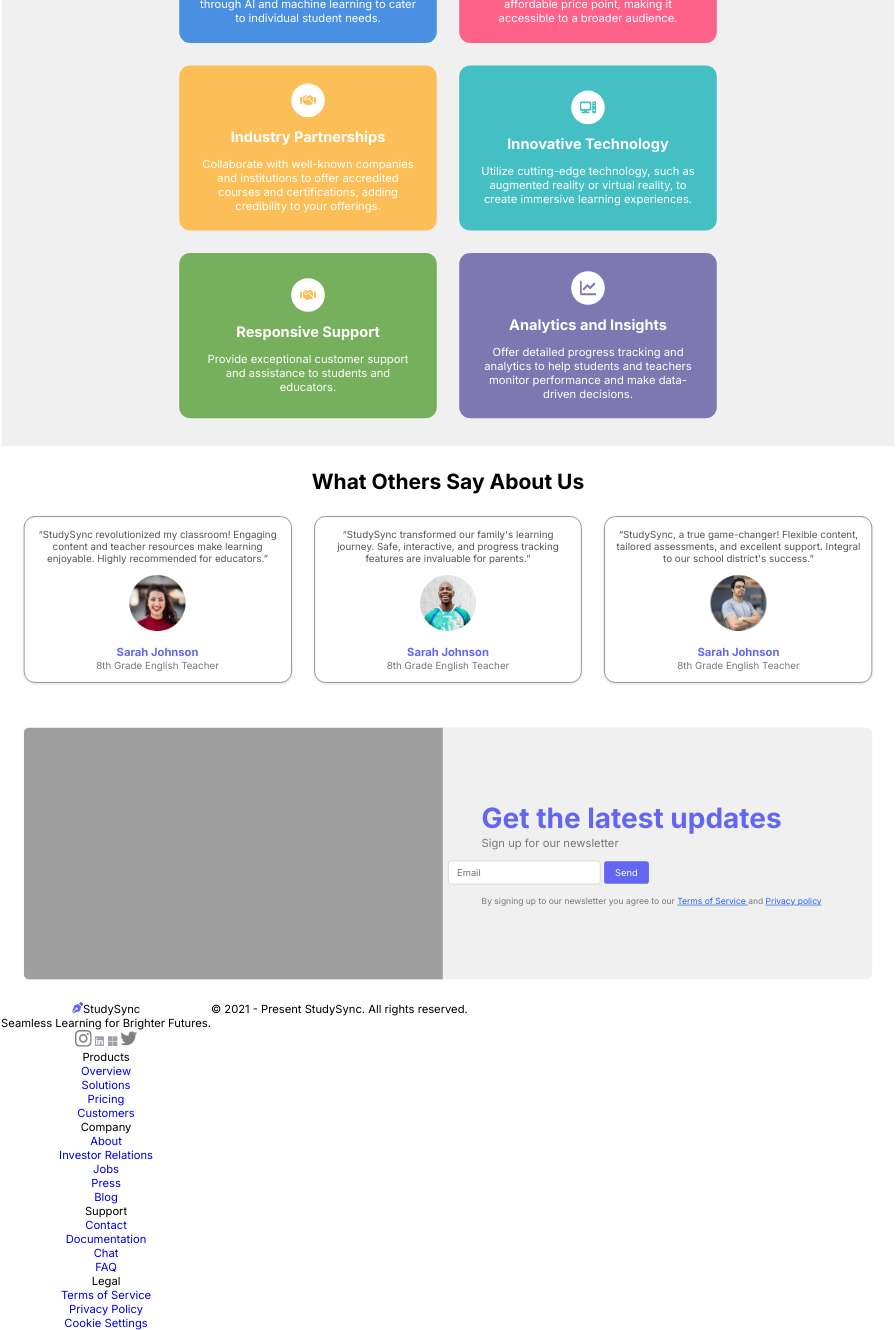
Repository: Vaibhav979/StudySync-FrontEnd-Project
Page: index.html
An editor plug-in stored every save of this project. The page is shown before and after a run of saves, followed by the edit.
The browser window is 1280 px wide. The pictures show the part of the page from y = 1148 to 3068 px (the page is 3048 px tall before and 3068 px after), at 70% of full size.
Pictures or frames that could not be fetched are drawn as grey boxes. A picture or video elsewhere on the page could not be fetched, so the positions and the page height are approximate.

Above is the page before, as saved 2025-04-19 16:29:13.

After the next 3 saves:
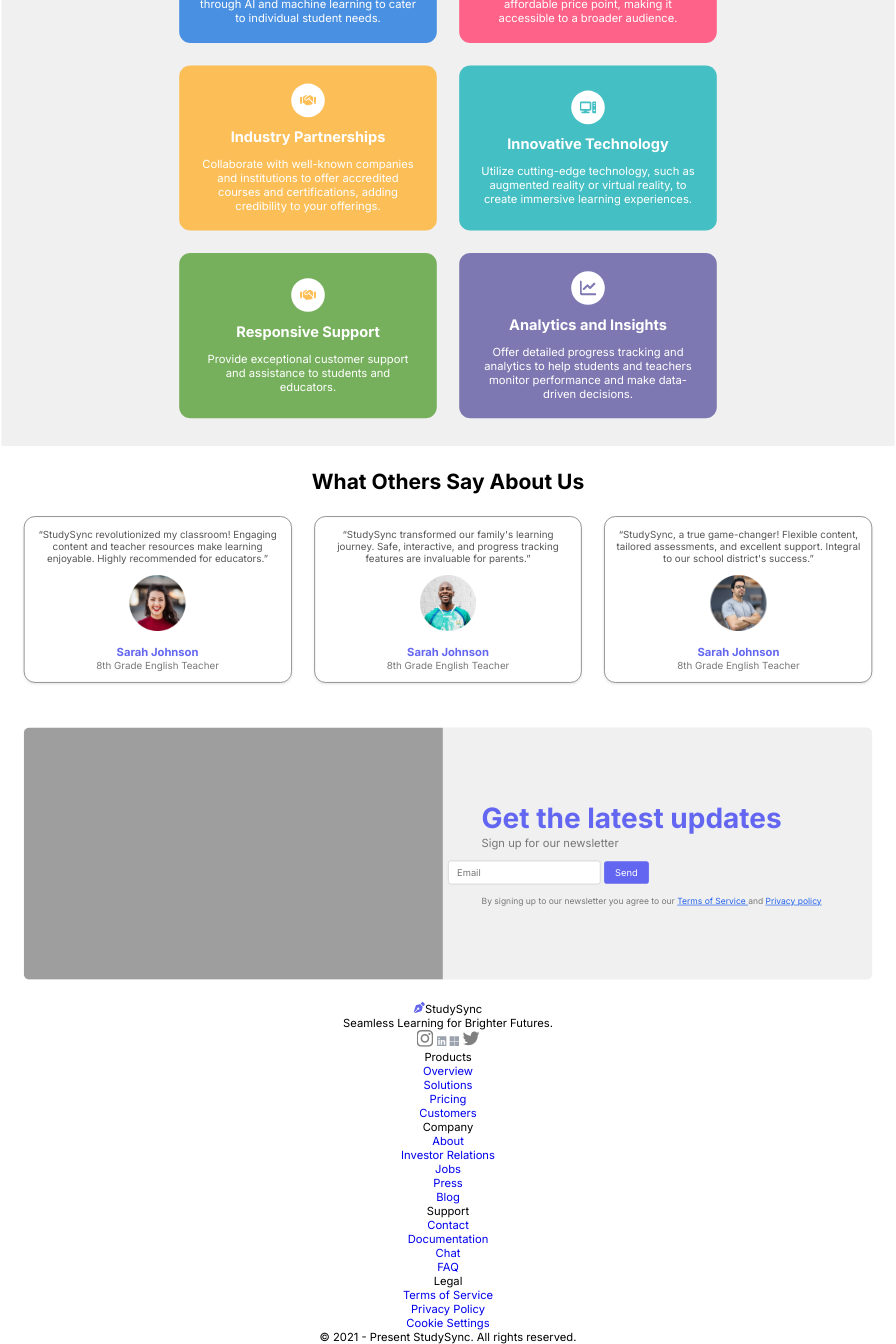
The 3 saves are shown as one change because they came seconds apart.
The last was saved 11 s later.
--- a/styles.css
+++ b/styles.css
@@ -603,8 +603,9 @@
 
 /* min-width -> if more than specified width then execute. [self-learning] */
 
-.footer-container{
+.footer-container {
   background-color: var(--background-color);
   max-width: 1280px;
-  display: flex;;
-}
+  display: flex;
+  flex-direction: column;
+}
